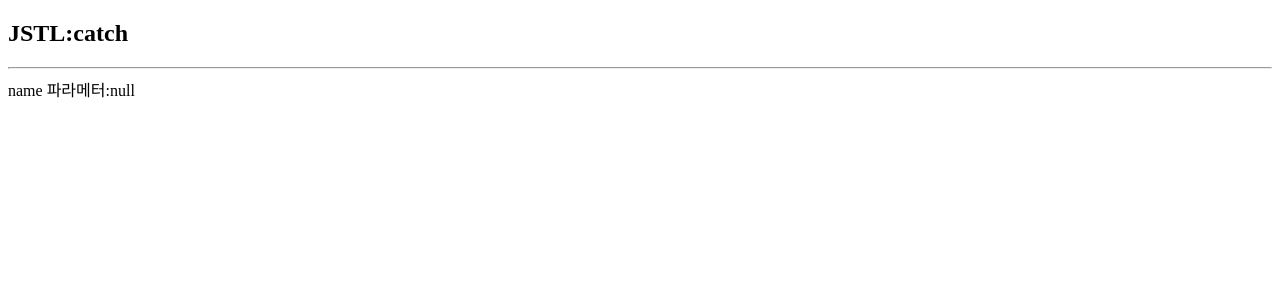
Repository: dongseon-git/WEB_JSP
Page: http://localhost/studyhtml5/jsp/j06/j11_catch.jsp
An editor plug-in stored every save of this project. The page is shown before and after the next save, followed by the edit.
The browser window is 1280 px wide. The pictures show the whole page.
The page is served by Tomcat 9. Nobody is signed in. The application's start-up code is not run. Other server files are loaded and not shown.

Above is the page before, as saved 2022-05-23 03:22:08.

### workspace/studyhtml5/WebContent/jsp/j06/j11_catch.jsp
<%@ page language="java" contentType="text/html; charset=UTF-8"
    pageEncoding="UTF-8"%>
     <%@ taglib prefix="c" uri="http://java.sun.com/jsp/jstl/core" %>
<!DOCTYPE html>
<html>
<head>
<meta charset="UTF-8">
<title>Insert title here</title>
</head>
<body>
<h2>JSTL:catch</h2>
<hr/>
<c:catch var="ex" ><!--  예외값을 저장할 변수ex -->
name 파라메터:<%=request.getParameter("name") %> <br/>
</c:catch>
<c:if test="${null != ex }"><!--  예외변수가 존재하면 -->
예외발생!<br/>
${ex }
</c:if>
</body>
</html>

After the next save:
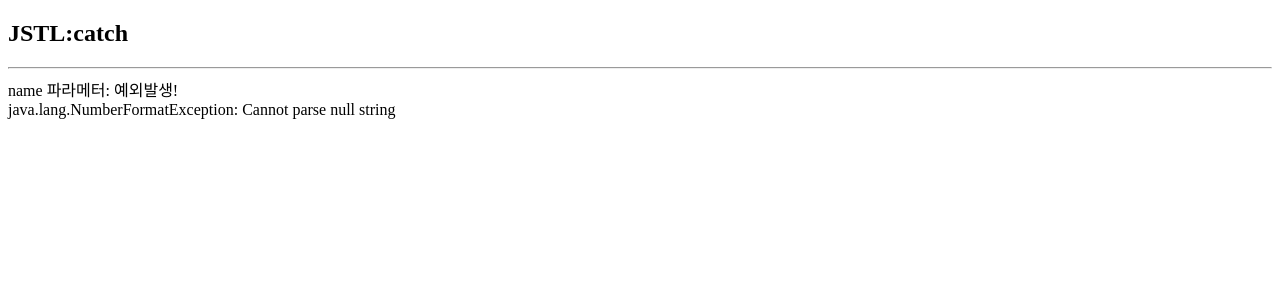
Saved 104 s later.
--- a/workspace/studyhtml5/WebContent/jsp/j06/j11_catch.jsp
+++ b/workspace/studyhtml5/WebContent/jsp/j06/j11_catch.jsp
@@ -11,7 +11,7 @@
 <h2>JSTL:catch</h2>
 <hr/>
 <c:catch var="ex" ><!--  예외값을 저장할 변수ex -->
-name 파라메터:<%=request.getParameter("name") %> <br/>
+name 파라메터:<%=Integer.parseInt(request.getParameter("name")) %> <br/>
 </c:catch>
 <c:if test="${null != ex }"><!--  예외변수가 존재하면 -->
 예외발생!<br/>
